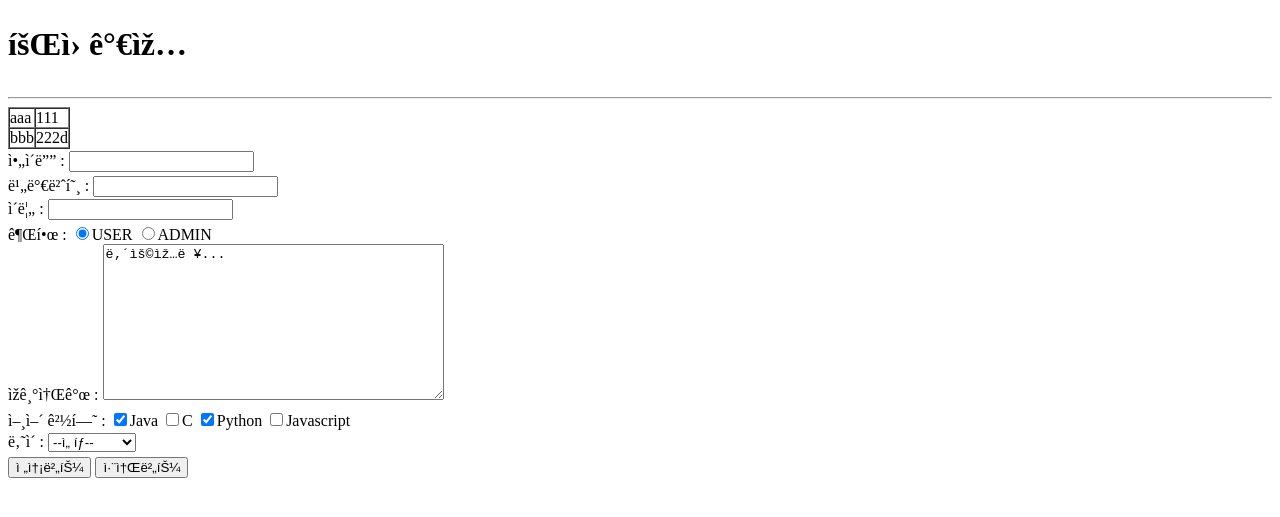
Repository: serim53/JSPStudy
Page: http://localhost/BoardWeb_JSP_/insertUserView.do
An editor plug-in stored every save of this project. The page is shown before and after the next save, followed by the edit.
The browser window is 1280 px wide. The pictures show the whole page.
The page is served by Tomcat 10.

Above is the page before, as saved 2025-07-08 05:01:21.

After the next save:
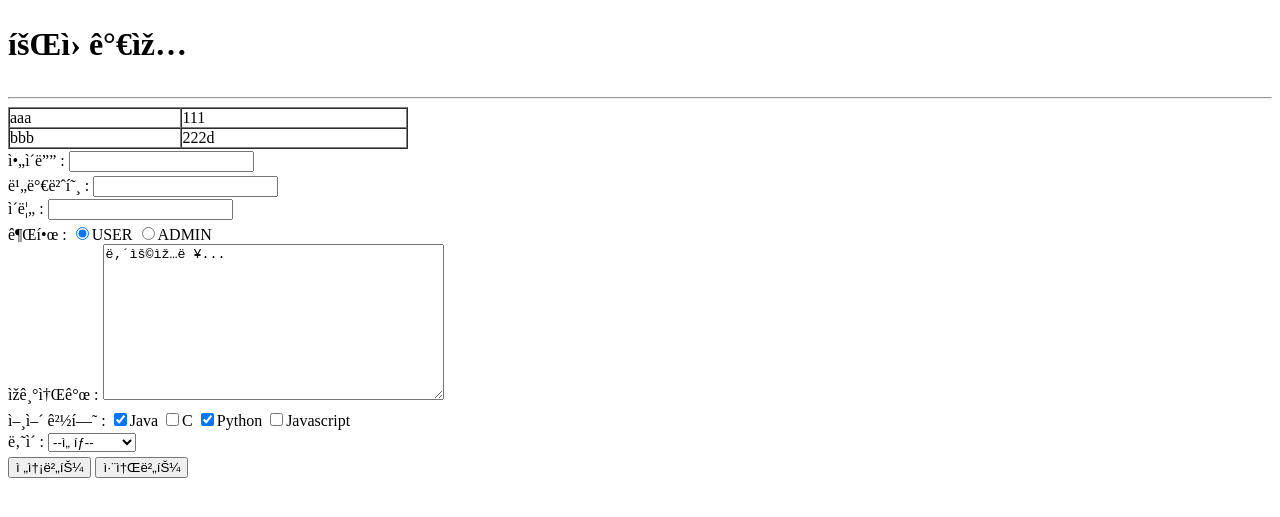
Saved 26 s later.
--- a/BoardWeb(JSP)/src/main/webapp/WEB-INF/board/insertUser.jsp
+++ b/BoardWeb(JSP)/src/main/webapp/WEB-INF/board/insertUser.jsp
@@ -9,7 +9,7 @@
 <hr>
 <form action="insertUser.do" method="get">
 
-<table border="1" cellpadding="0" cellspacing="0">
+<table border="1" cellpadding="0" cellspacing="0" width="400">
 	<tr><td>aaa</td><td>111</td></tr>
 	<tr><td>bbb</td><td>222d</td></tr>
 </table>
